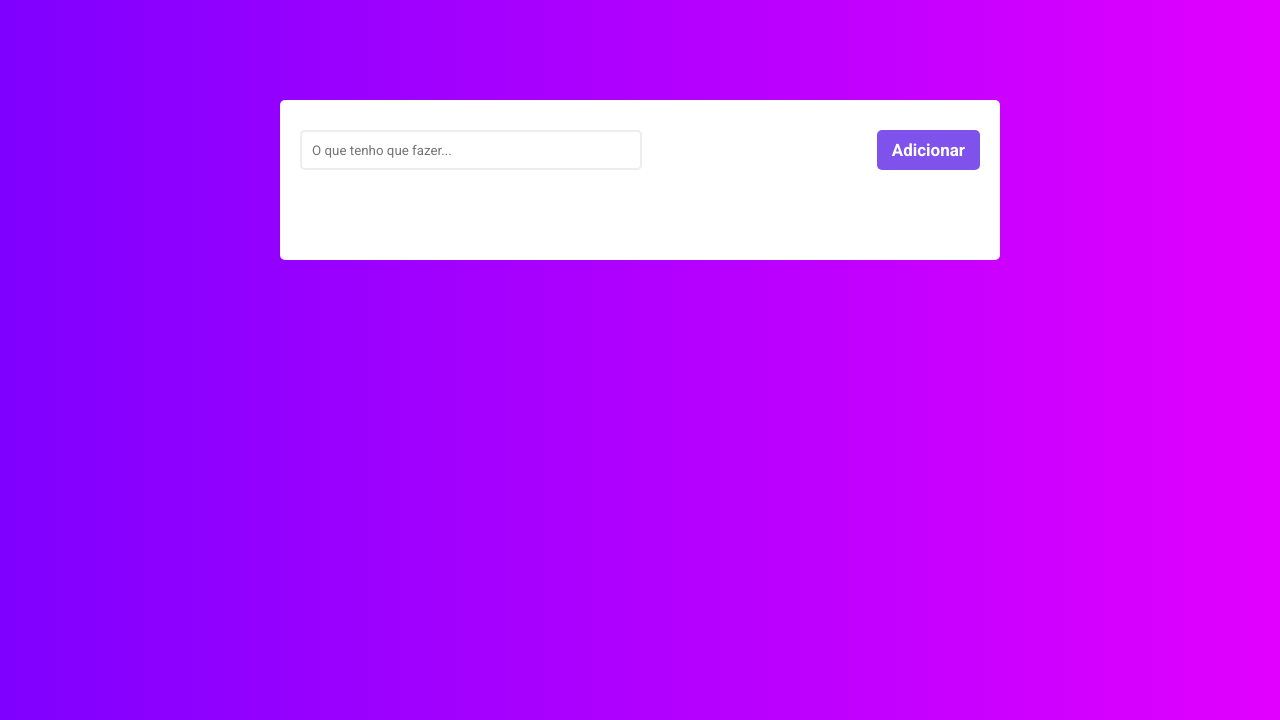
Repository: PLSR12/ToDoList
Page: index.html
The author's editor kept a copy of each file at every save. The page is drawn from the files as they stood at one save, then again after the next save.
The browser window is 1280 px wide. The pictures show the whole page.
Some web libraries are served in a nearby version.

Above is the page before, as saved 2022-01-14 12:57:08.

After the next save:
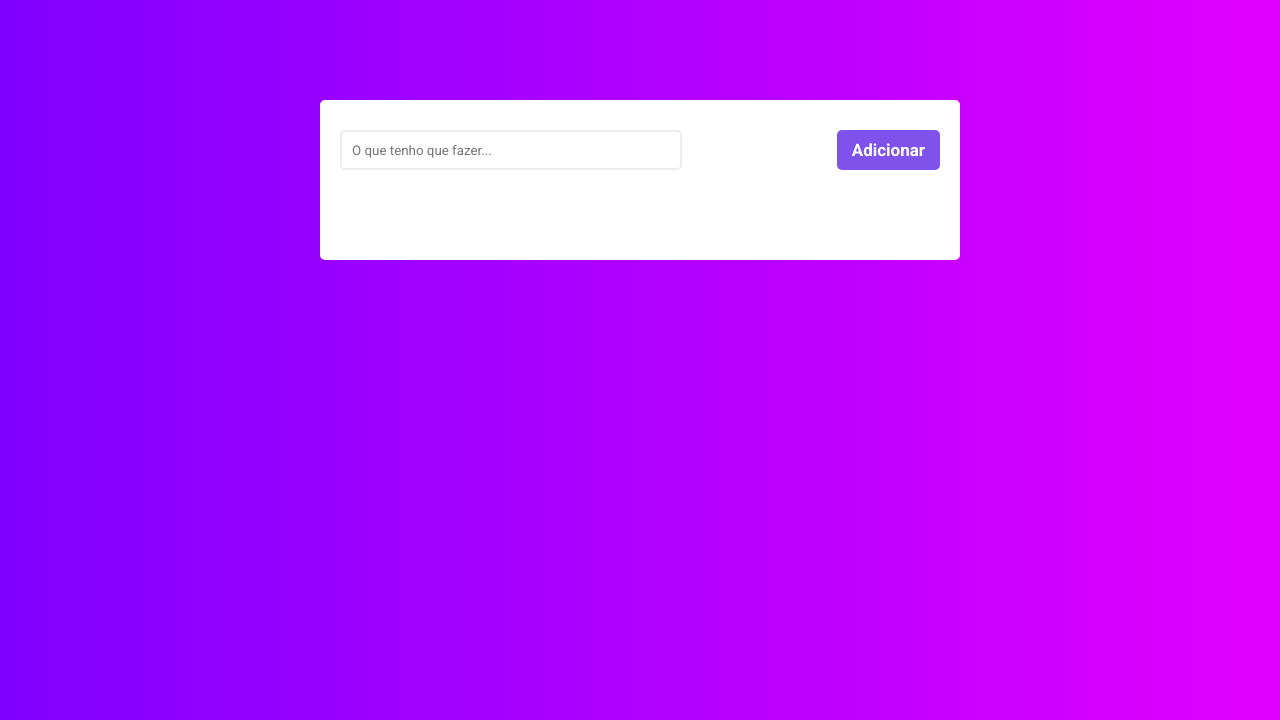
Saved 44 s later.
--- a/styles.css
+++ b/styles.css
@@ -35,7 +35,7 @@ body {
 
 .container {
     background: #FFFFFF;
-    max-width: 100vh;
+    width: 50%;
     margin-bottom: 100px;
     border-radius: 5px;
     margin-top: 100px;
